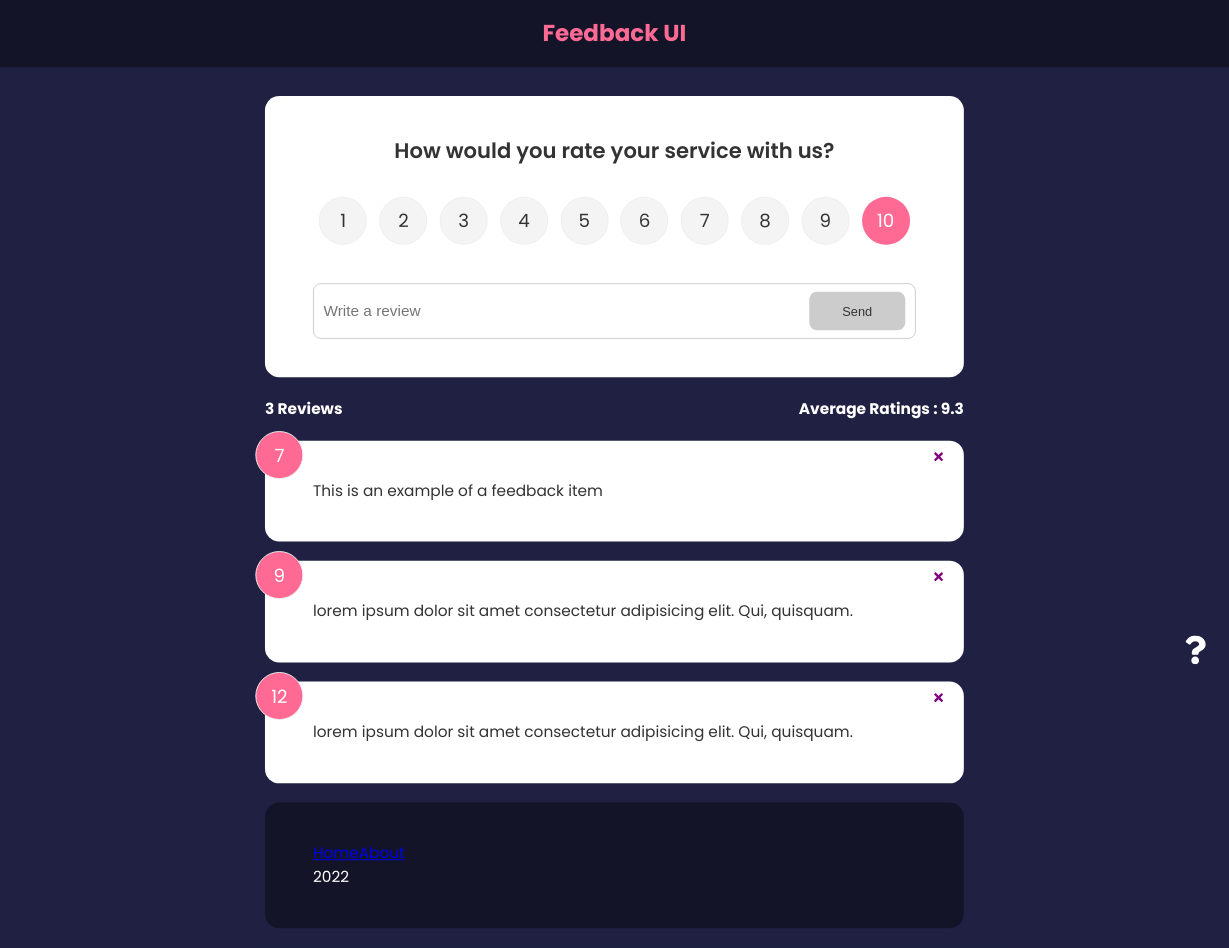
Repository: bayorwor/feedbackapp
Page: /
The author's editor kept a copy of each file at every save. The page is drawn from the files as they stood at one save, then again after the next save.
The browser window is 1280 px wide. The pictures show the whole page, at 96% of full size.
The project was rebuilt for these pictures with package versions that can differ from the ones it lists, and the page was loaded fresh each time. Also part of the build but not shown: src/pages/AboutPage.jsx.

Above is the page before, as saved 2022-01-31 07:40:42.

After the next save:
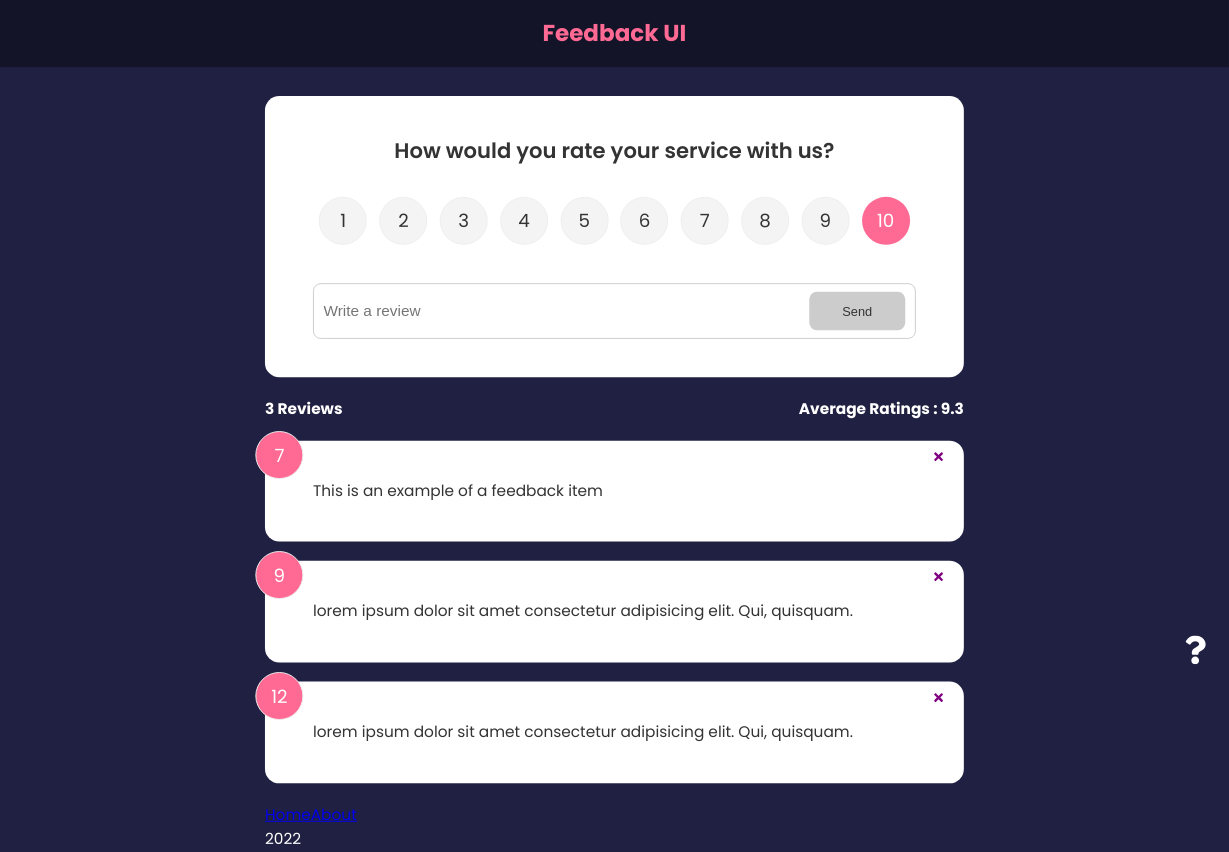
Saved 64 s later.
--- a/src/components/Footer.jsx
+++ b/src/components/Footer.jsx
@@ -6,7 +6,7 @@ function Footer() {
   var year = today.getFullYear();
 
   return (
-    <Card reverse={true}>
+    <>
       <div className="footer">
         <div className="footer-container">
           <NavLink activeClassName="active" to="/">
@@ -18,7 +18,7 @@ function Footer() {
         </div>
         <p>{year}</p>
       </div>
-    </Card>
+    </>
   );
 }
 
